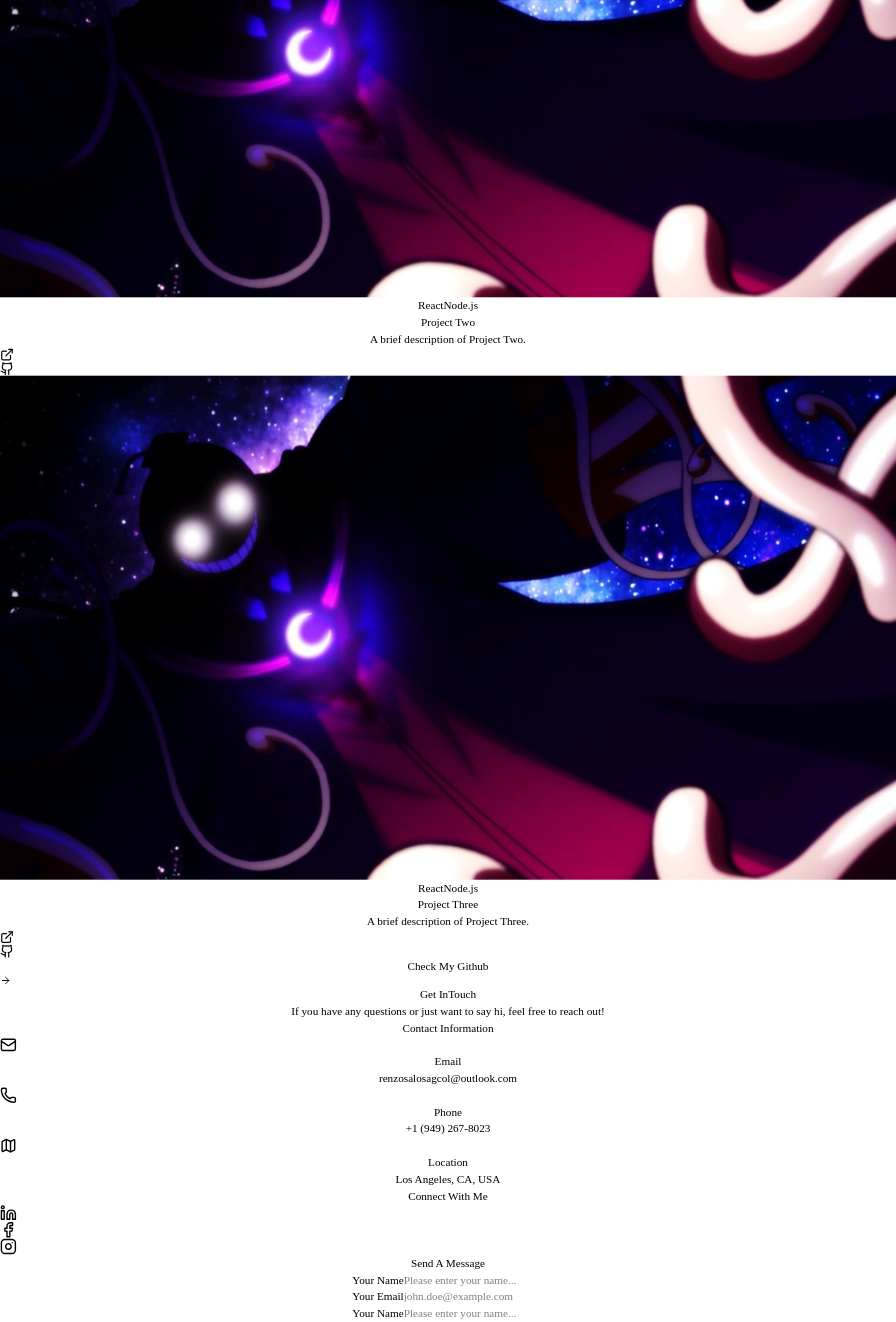
Repository: Renzo-Salosagcol/PERSONAL-PORTFOLIO
Page: /
These files come from the project's save history. The page is drawn as it stood at one moment and after the next save; the edit follows.
The browser window is 1280 px wide. The pictures show the part of the page from y = 2624 to 4544 px (the page is 4513 px tall before and 4544 px after), at 70% of full size.
The project was rebuilt for these pictures with package versions that can differ from the ones it lists, and the page was loaded fresh each time. Also part of the build but not shown: vite.config.js, src/pages/notFound.jsx.

Above is the page before, as saved 2025-10-06 21:21:34.

After the next save:
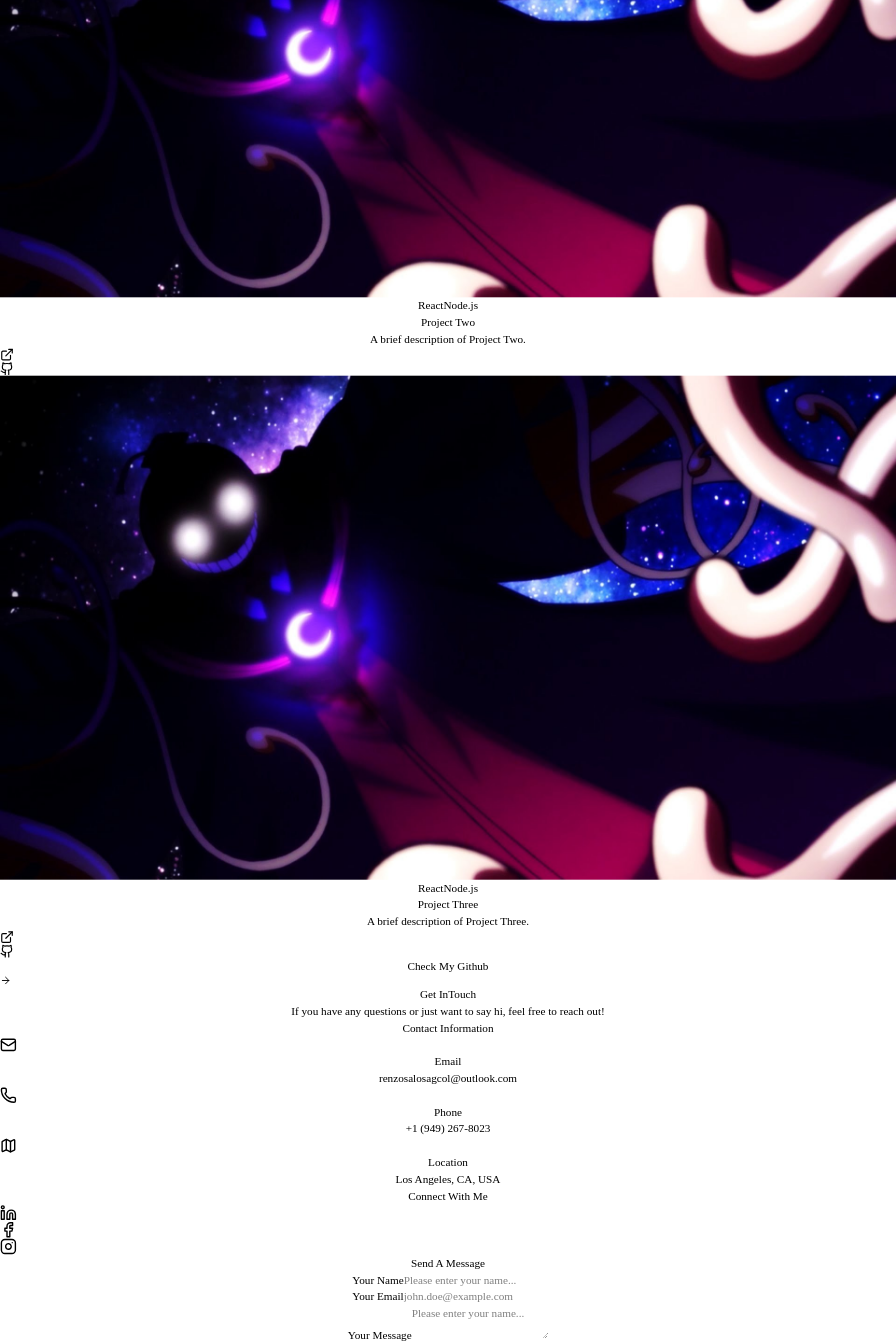
Saved 43 s later.
--- a/src/components/ContactSection.jsx
+++ b/src/components/ContactSection.jsx
@@ -93,11 +93,10 @@
                 />
               </div>
               <div>
-                <label htmlFor="name" className="block text-sm font-medium mb-2">Your Name</label>
-                <input
-                  type="text"
-                  id="name"
-                  name="name"
+                <label htmlFor="message" className="block text-sm font-medium mb-2">Your Message</label>
+                <textarea
+                  id="message"
+                  name="message"
                   required
                   className="w-full px-4 py-3 rounded-md border border-input bg-background focus:outline-hidden focus:ring-2 focus:ring-primary"
                   placeholder="Please enter your name..."
